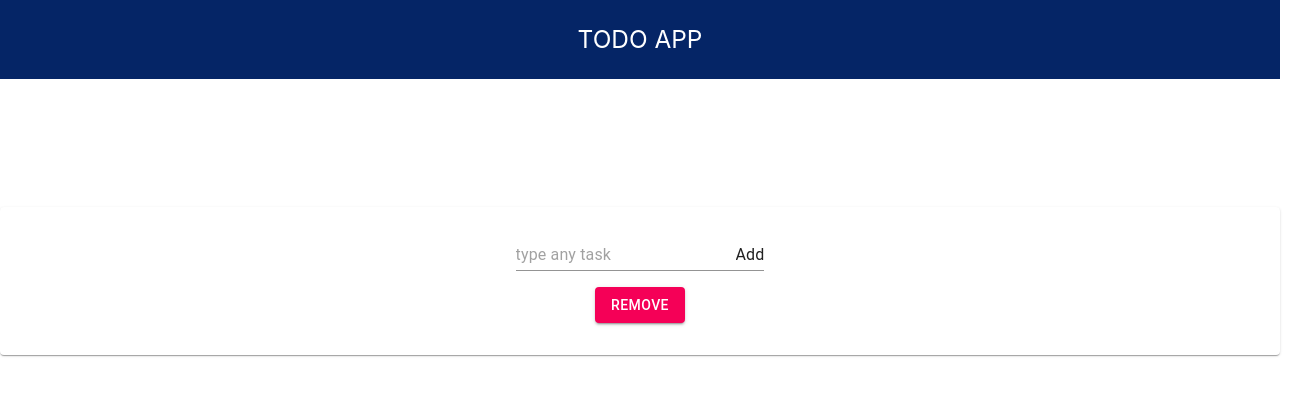
Repository: Shams97/Todo-app
Page: /
An editor plug-in stored every save of this project. The page is shown before and after the next save, followed by the edit.
The browser window is 1280 px wide. The page is 1292 px wide, so the pictures cover 1292 px, including what lies to the right of the window. The pictures show the whole page.
The project was rebuilt for these pictures with package versions that can differ from the ones it lists, and the page was loaded fresh each time.

Above is the page before, as saved 2021-06-27 00:40:44.

After the next save:
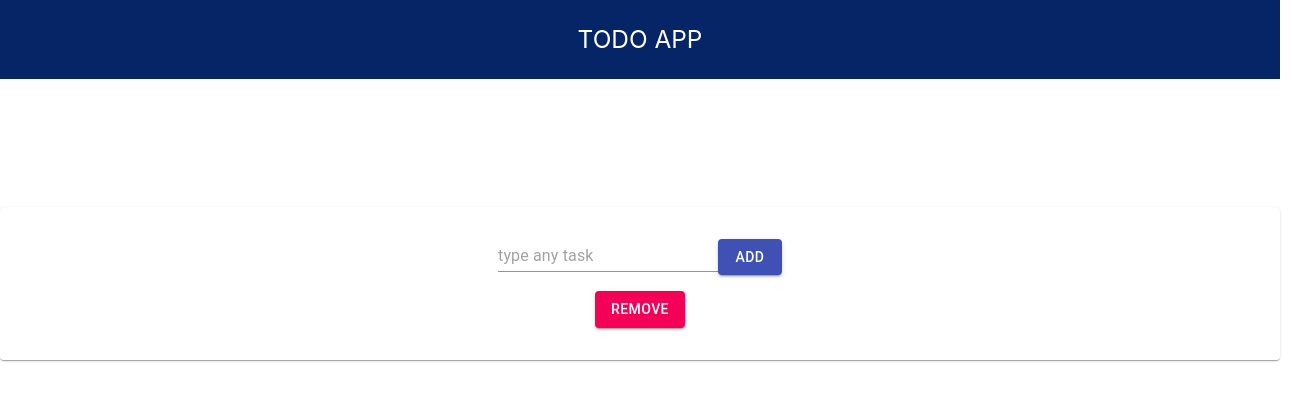
Saved 77 s later.
--- a/src/tasks/tasks.js
+++ b/src/tasks/tasks.js
@@ -30,8 +30,9 @@ export default function Tasks() {
             <Grid item xs={12}>
                 <Paper className={classes.paper}>
                     <Input placeholder="type any task" onChange={(e) => setTask(e.target.value)} value={task}></Input>
-                    <Input type="submit" color="primary" value="Add" variant="contained">
-                    </Input>
+                    <Button type="submit" color="primary" variant="contained">
+                       Add
+                    </Button>
                         <ul>
                             { newtask.map((val)=>{
                                     return <li>{val}</li>
